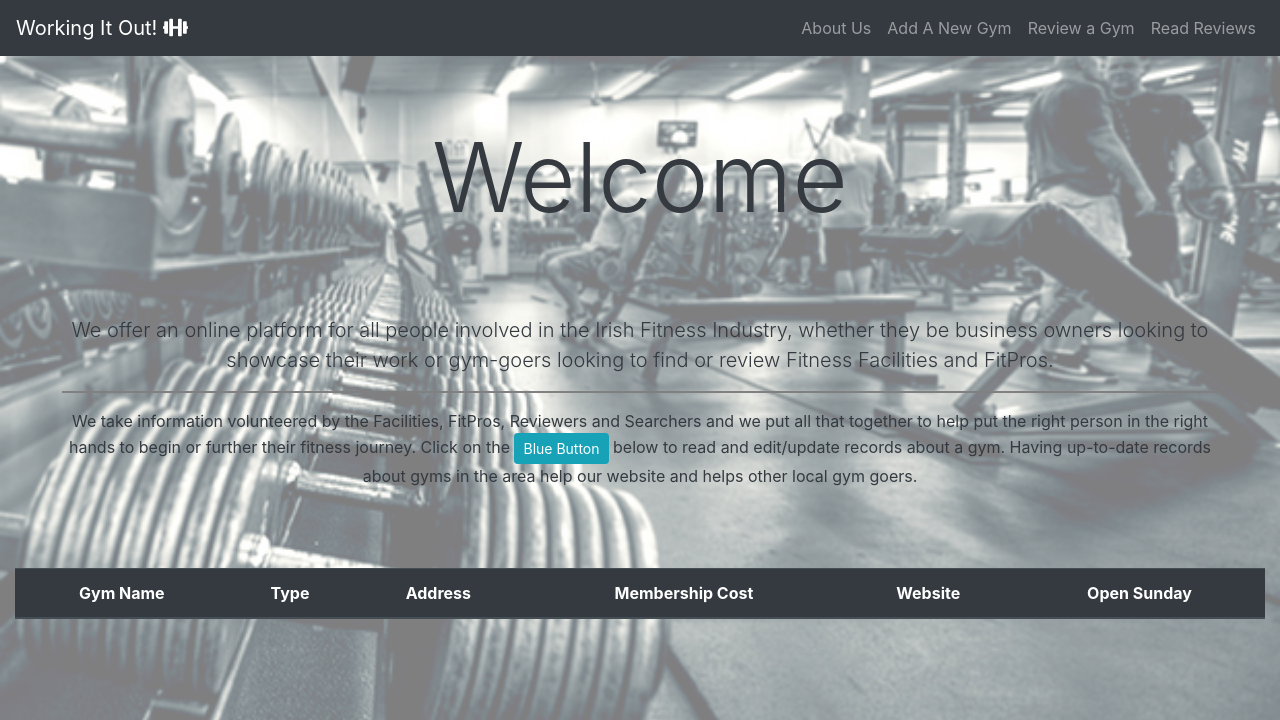
Repository: cgaynor91/Working_It_Out
Page: http://localhost/
The author's editor kept a record of every edit. The page is drawn from the files as they stood at one moment, then again after the next edit.
The browser window is 1280 px wide. The pictures show the whole page.
Some web libraries are served in a nearby version. The page is served by the project's application, run on Flask 3 (app.py). Queries for data that is not in the repository find no rows.

Above is the page before.

After the next edit:
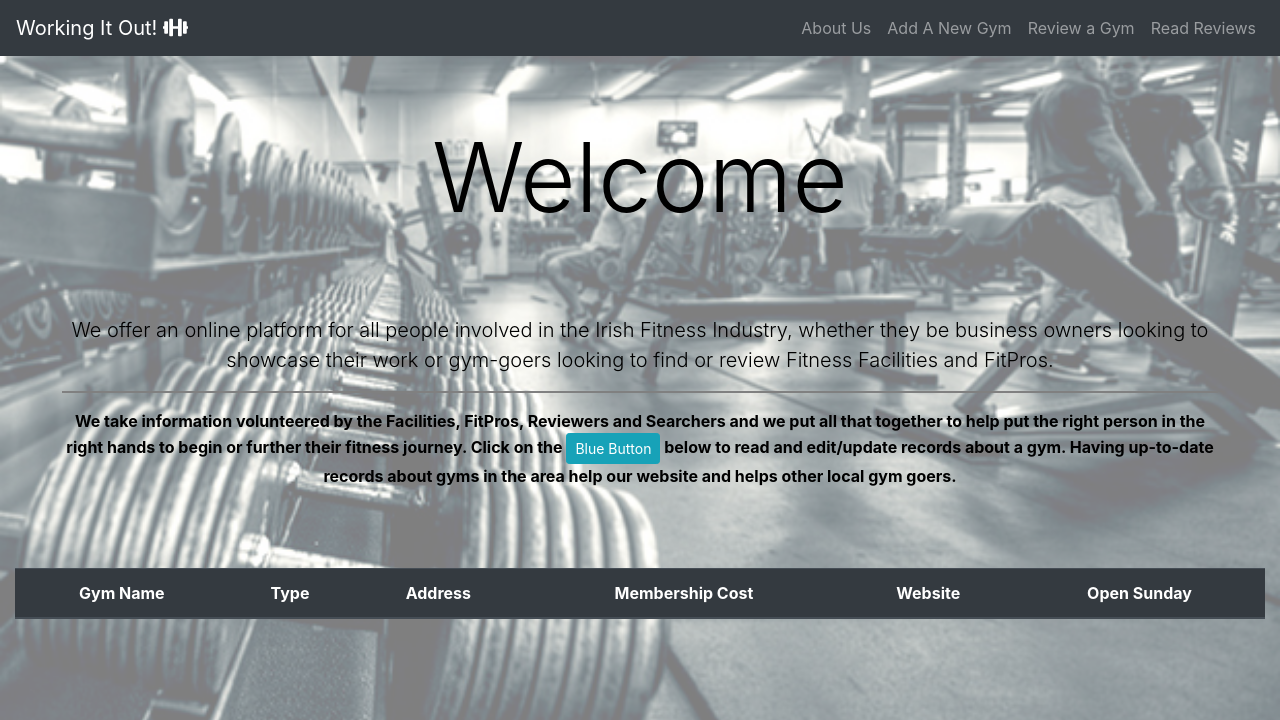
The edit:
--- a/templates/home.html
+++ b/templates/home.html
@@ -2,7 +2,7 @@
 
 <div class="container-fluid">
  <div class="row-welcome justify-content-center">
-  <div class="col-12 text-dark">
+  <div class="col-12 jumbo-text">
    <div class="jumbotron">
     <h1 class="display-3">Welcome</h1>
     <p class="lead">We offer an online platform for all people involved in the Irish Fitness Industry, whether they be business owners looking to showcase their work or gym-goers looking to find or review Fitness Facilities and FitPros.</p>
